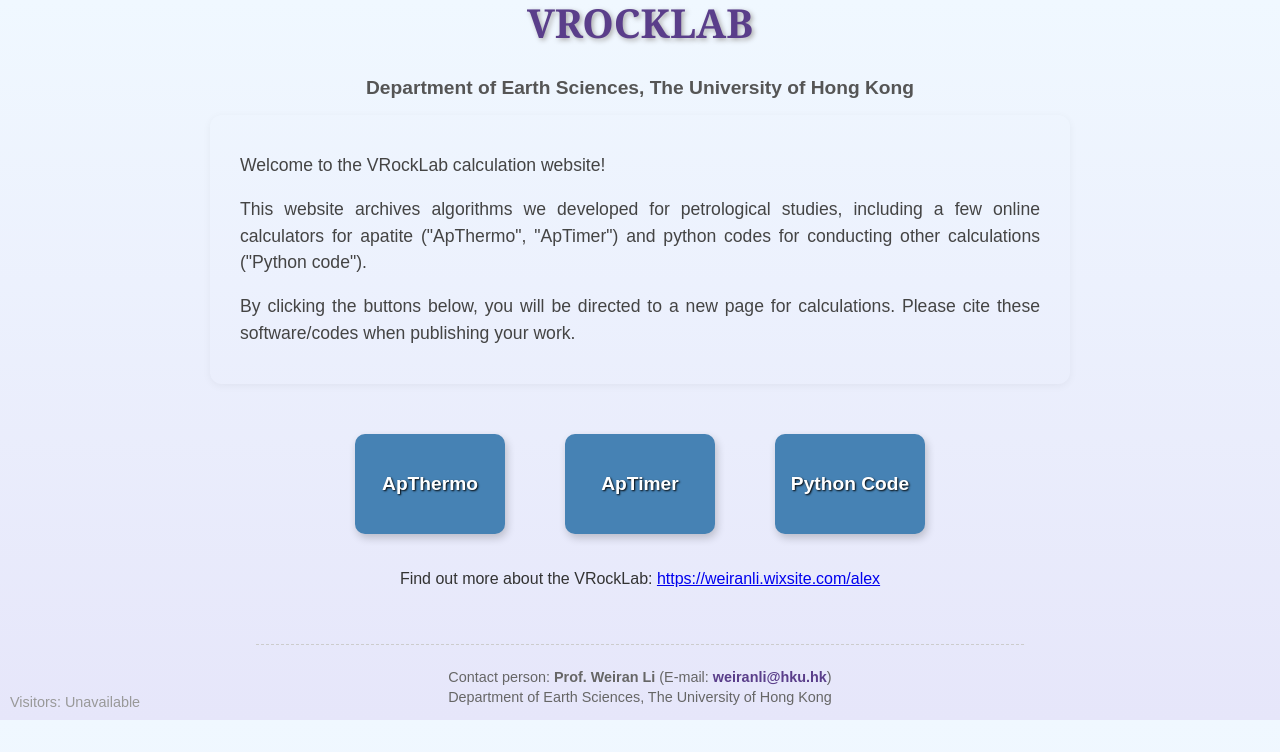
Repository: Abyss2019/home_page
Page: index.html
The author's editor kept a copy of each file at every save. The page is drawn from the files as they stood at one save, then again after the next save.
The browser window is 1280 px wide. The pictures show the whole page.

Above is the page before, as saved 2025-04-06 12:27:58.

### index.html
<!DOCTYPE html>
<html lang="en">
<head>
    <meta charset="UTF-8">
    <meta name="viewport" content="width=device-width, initial-scale=1.0">
    <title>VROCKLAB</title>
    <style>
        body {
            font-family: Arial, sans-serif;
            margin: 0;
            padding: 0;
            /* background-image: url('./bg.webp'); */
            background: linear-gradient(to bottom, #f0f8ff, #e6e6fa);
            color: #333;
            display: flex;
            flex-direction: column;
            align-items: center;
            justify-content: center;
            height: 100vh;
        }

        header {
            text-align: center;
            /* margin-bottom: 30px; */
        }

        header h1 {
            font-size: 2.5em;
            font-family: 'Georgia', serif;
            text-shadow: 2px 2px 5px #aaa;
            color: #5a3e8a;
        }



        header h2 {
            font-size: 1.2em;
            margin-top: 5px;
            color: #555;
        }

        .intro {
        font-size: 1.1em;
        line-height: 1.5;
        text-align: justify;
        color: #444;
        /* background-color: #f2f6ff; */
        padding: 20px 30px;
        border-radius: 12px;
        box-shadow: 0 2px 8px rgba(0,0,0,0.05);
        max-width: 800px;
        }

        /* .indent p {
        text-indent: 2em;
        margin-bottom: 1em;
        } */


        .buttons-container {
            display: flex;
            gap: 60px;
            justify-content: justify;
            margin: 20px 0;
            margin-top: 50px;
        }

        .button {
            display: flex;
            align-items: center;
            justify-content: center;
            width: 150px;
            height: 100px;
            background-color: #4682b4;
            border-radius: 10px;
            box-shadow: 2px 4px 8px rgba(0, 0, 0, 0.2);
            color: #fff;
            font-size: 1.2em;
            font-weight: bold;
            text-decoration: none;
            text-shadow: 1px 1px 2px #000;

        }
        .button:hover{
          transform: scale(1.05);
        }


        footer {
        font-size: 0.9em;
        /* margin-top: 40px; */
        /* padding: 15px 0; */
        text-align: center;
        color: #666;
        line-height: 1.4;
        }

        footer a {
        color: #5a3e8a;
        text-decoration: none;
        font-weight: bold;
        }

        footer a:hover {
        text-decoration: underline;
        }
    </style>
</head>
<body>
    <header>
        <h1>VROCKLAB</h1>
        <h2>Department of Earth Sciences, The University of Hong Kong</h2>
    </header>


    <div class="intro indent">
    <p>Welcome to the VRockLab calculation website!</p>
    <p>This website archives algorithms we developed for petrological studies, including a few online calculators for apatite ("ApThermo", "ApTimer") and python codes for conducting other calculations ("Python code").</p>
    <p>By clicking the buttons below, you will be directed to a new page for calculations. Please cite these software/codes when publishing your work.</p>
    </div>


    <div class="buttons-container">
        <a href="https://vrocklab.hku.hk/ApThermo/" target="_blank" class="button">ApThermo</a>
        <a href="https://vrocklab.hku.hk/ApTimer/" target="_blank" class="button">ApTimer</a>
        <a href="https://vrocklab.hku.hk/python-code/" target="_blank" class="button">Python Code</a>
    </div>
    <p>
        Find out more about the VRockLab:
        <a href="https://weiranli.wixsite.com/alex" target="_blank">https://weiranli.wixsite.com/alex</a>
    </p>


    <hr style="width: 60%; margin-top: 40px; border: none; border-top: 1px dashed #ccc;">
    <footer style="position: relative; padding-bottom: 30px;">
        <p>
            Contact person: <strong>Prof. Weiran Li</strong> (E-mail:
            <a href="mailto:weiranli@hku.hk">weiranli@hku.hk</a>)<br>
            Department of Earth Sciences, The University of Hong Kong
        </p>

    </footer>

    <div style="position: fixed; bottom: 10px; left: 10px; font-size: 0.9em; color: #999; z-index: 1000;">
    Visitors: <span id="visitor-count">Loading...</span>
    </div>

    <script>
    fetch('/api/visit.php')  // ✅ 保持路径一致
        .then(res => res.json())
        .then(data => {
        document.getElementById('visitor-count').innerText = data.visits;
        })
        .catch(err => {
        document.getElementById('visitor-count').innerText = "Unavailable";
        console.error(err);
        });
    </script>

</body>

</html>

After the next save:
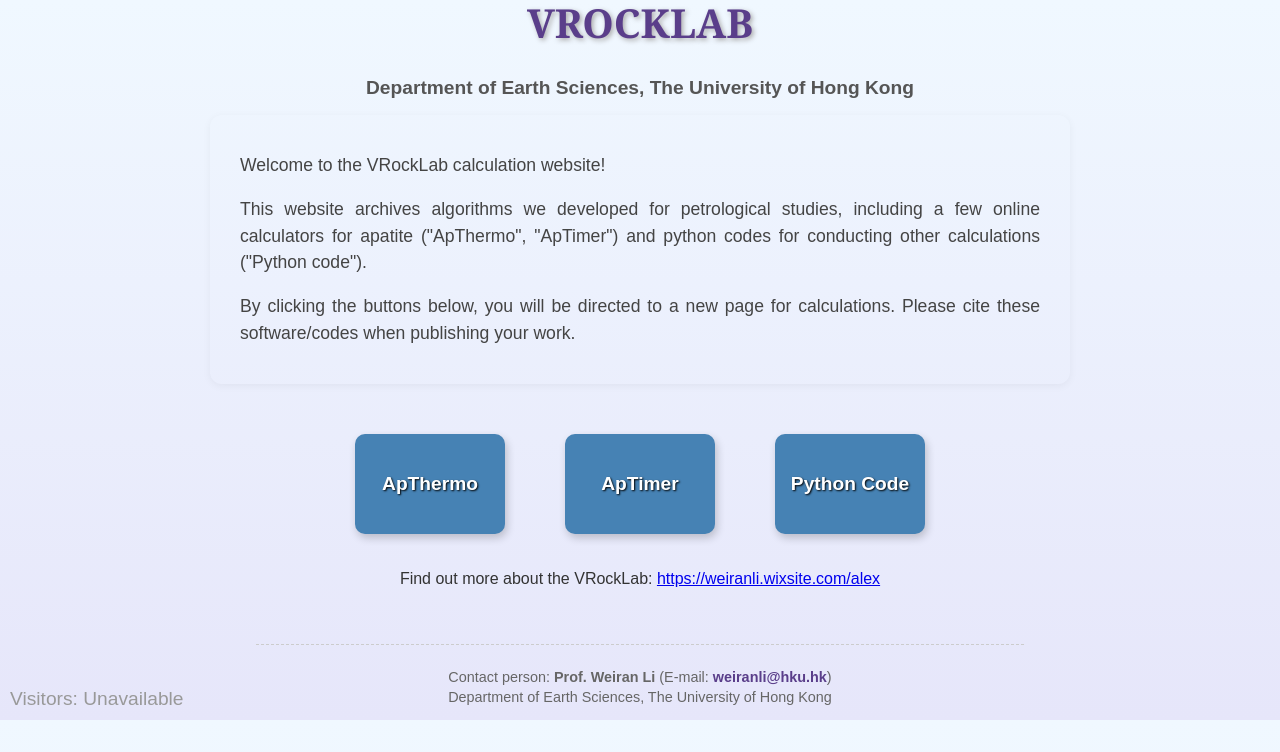
Saved 14 s later.
--- a/index.html
+++ b/index.html
@@ -141,7 +141,7 @@
 
     </footer>
 
-    <div style="position: fixed; bottom: 10px; left: 10px; font-size: 0.9em; color: #999; z-index: 1000;">
+    <div style="position: fixed; bottom: 10px; left: 10px; font-size: 1.2em; color: #999; z-index: 1000;">
     Visitors: <span id="visitor-count">Loading...</span>
     </div>
 
